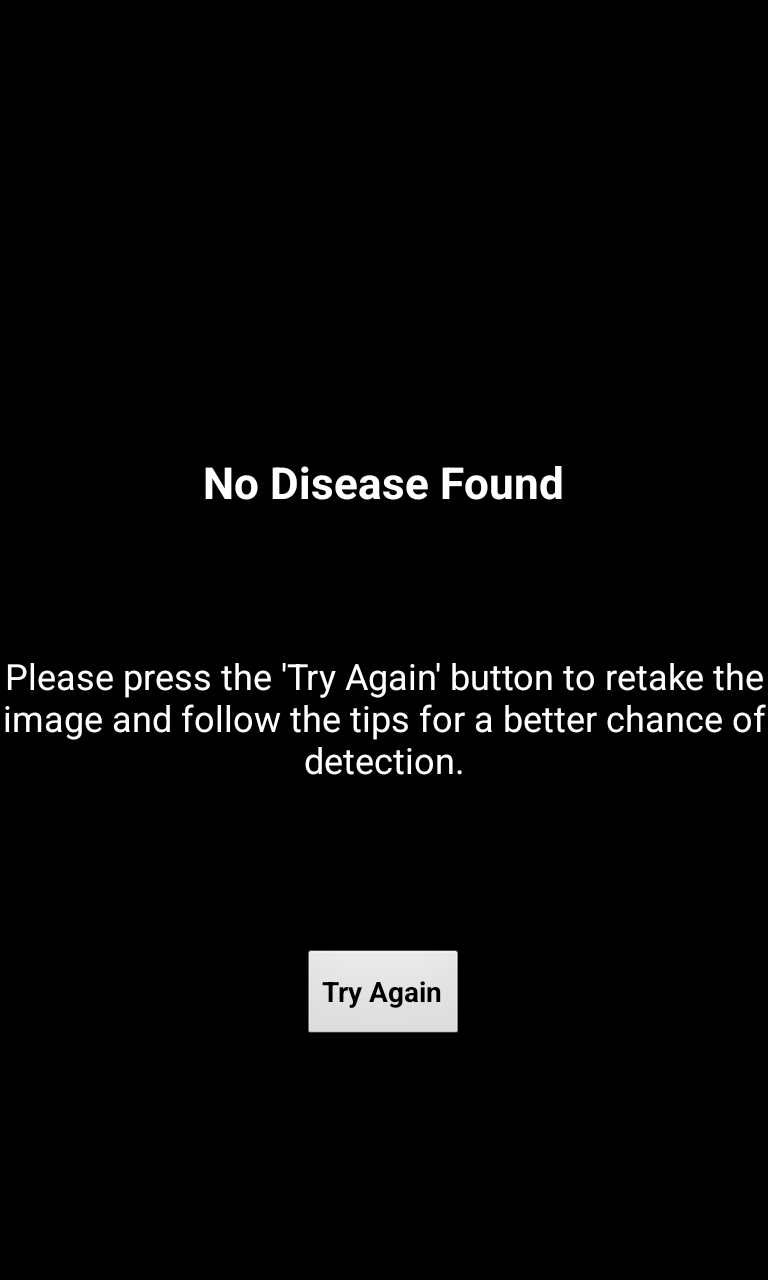
Repository: cephas-digital/phytosenseit
Layout: Eclipse Project /phyto_sense_it/res/layout/noresults.xml
The author's editor kept a copy of each file at every save. The layout is drawn from the files as they stood at one save, then again after the next save.
It is drawn on a 768 x 1280 px phone screen (xhdpi) without system bars, with theme android:Theme.NoTitleBar.Fullscreen; the app's code is not run.

Above is the layout before, as saved 2015-07-27 23:22:59.

### Eclipse Project /phyto_sense_it/res/layout/noresults.xml
<?xml version="1.0" encoding="utf-8"?>
<RelativeLayout xmlns:android="http://schemas.android.com/apk/res/android"
    android:layout_width="match_parent"
    android:layout_height="match_parent"
    android:orientation="vertical" >

    <TextView
        android:id="@+id/body"
        android:layout_width="wrap_content"
        android:layout_height="wrap_content"
        android:layout_above="@+id/button"
        android:layout_alignParentLeft="true"
        android:layout_marginBottom="82dp"
        android:gravity="center"
        android:text="Please press the &apos;Try Again&apos; button to retake the image and follow the tips for a better chance of detection."
        android:textAppearance="?android:attr/textAppearanceMedium" />

    <Button
        android:id="@+id/button"
        android:layout_width="wrap_content"
        android:layout_height="wrap_content"
        android:layout_alignParentBottom="true"
        android:layout_centerHorizontal="true"
        android:layout_marginBottom="118dp"
        android:text="Try Again"
        android:textStyle="bold" />

    <TextView
        android:id="@+id/header"
        android:layout_width="wrap_content"
        android:layout_height="wrap_content"
        android:layout_above="@+id/body"
        android:layout_centerHorizontal="true"
        android:layout_marginBottom="70dp"
        android:text="No Disease Found"
        android:textAppearance="?android:attr/textAppearanceLarge"
        android:textStyle="bold" />

</RelativeLayout>

After the next save:
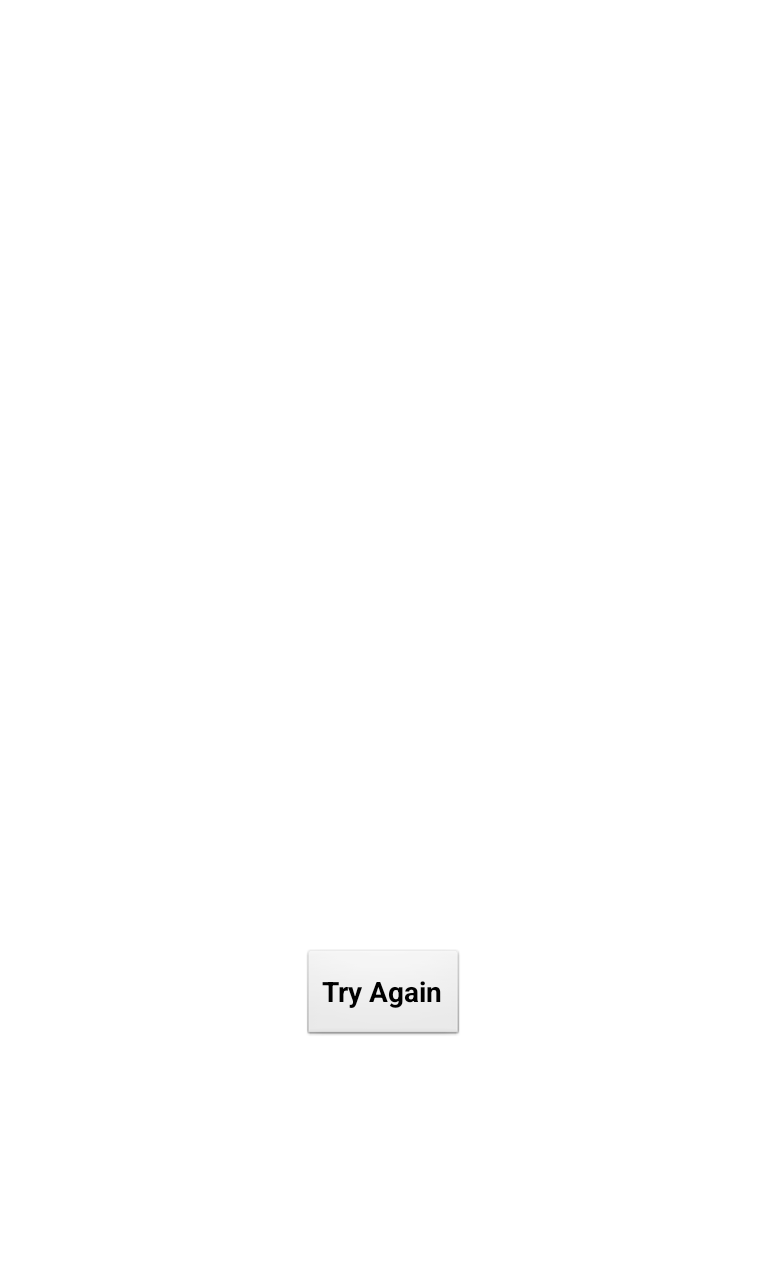
Saved 62 s later.
--- a/Eclipse Project /phyto_sense_it/res/layout/noresults.xml
+++ b/Eclipse Project /phyto_sense_it/res/layout/noresults.xml
@@ -2,7 +2,8 @@
 <RelativeLayout xmlns:android="http://schemas.android.com/apk/res/android"
     android:layout_width="match_parent"
     android:layout_height="match_parent"
-    android:orientation="vertical" >
+    android:orientation="vertical"
+    android:background="#FFFFFF" >
 
     <TextView
         android:id="@+id/body"
